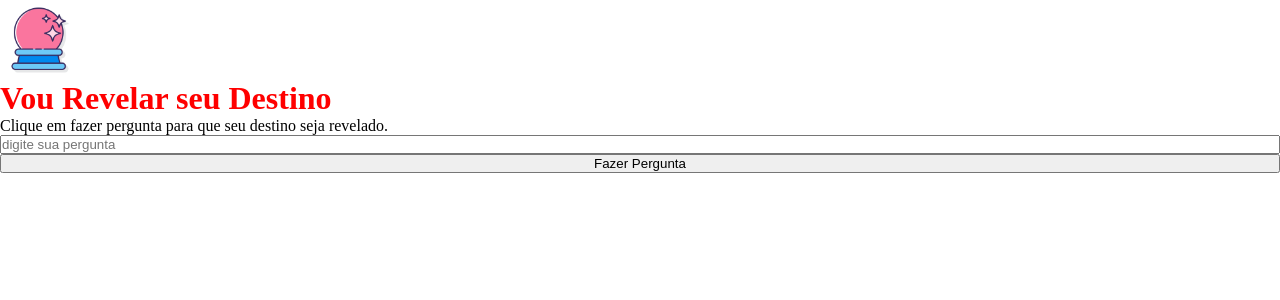
Repository: guilhermecardoso93/nlwexplorer
Page: index.html
These files come from the project's save history. The page is drawn as it stood at one moment and after the next save; the edit follows.
The browser window is 1280 px wide. The pictures show the whole page.

Above is the page before, as saved 2022-06-08 23:32:43.

### index.html
<!DOCTYPE html>
<html lang="pt-br">
  <head>
    <meta charset="UTF-8" />
    <meta http-equiv="X-UA-Compatible" content="IE=edge" />
    <meta name="viewport" content="width=device-width, initial-scale=1.0" />
    <link rel="stylesheet" href="./styles.css" />
    <title>NLW Explorer</title>
  </head>
  <body>
    <main>
      <div  class="principal">
        <img
          src="./cristalball.png"
          alt="Imagem de uma bola de cristal"
          id="cristalBallImg"
        />
        <h1>Vou Revelar seu Destino</h1>
        <p>Clique em fazer pergunta para que seu destino seja revelado.</p>
        <input type="text" placeholder="digite sua pergunta" />
        <button>Fazer Pergunta</button>
      </div>
    </main>
  </body>
  <script src="./script.js"></script>
</html>

### styles.css
* {
  margin: 0;
  padding: 0;
  box-sizing: border-box;
}
body {
  margin: auto;
}

main .principal{
 display: flex;
 flex-direction: column;
 margin: auto;
 width: auto;
}

h1 {
  color: red;
}

#cristalBallImg {
  width: 5rem;
}

Loaded but not shown: script.js (no stored copy; drawn as an empty file)

After the next save:
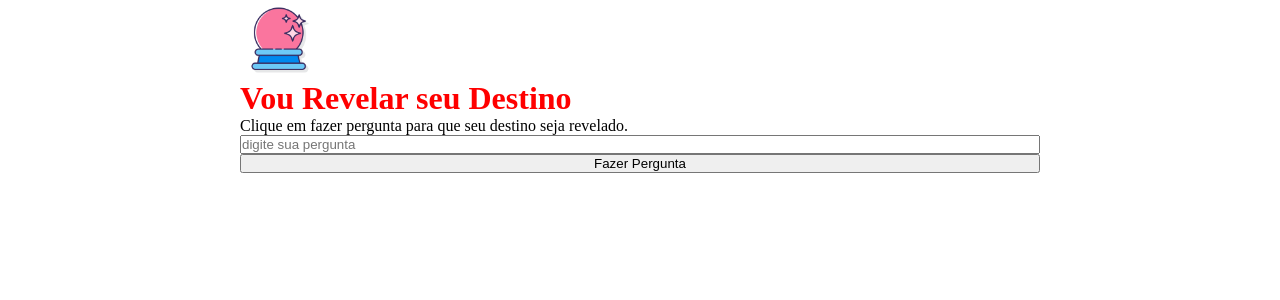
Saved 5 s later.
--- a/styles.css
+++ b/styles.css
@@ -11,7 +11,7 @@
  display: flex;
  flex-direction: column;
  margin: auto;
- width: auto;
+ width: 50rem;
 }
 
 h1 {
